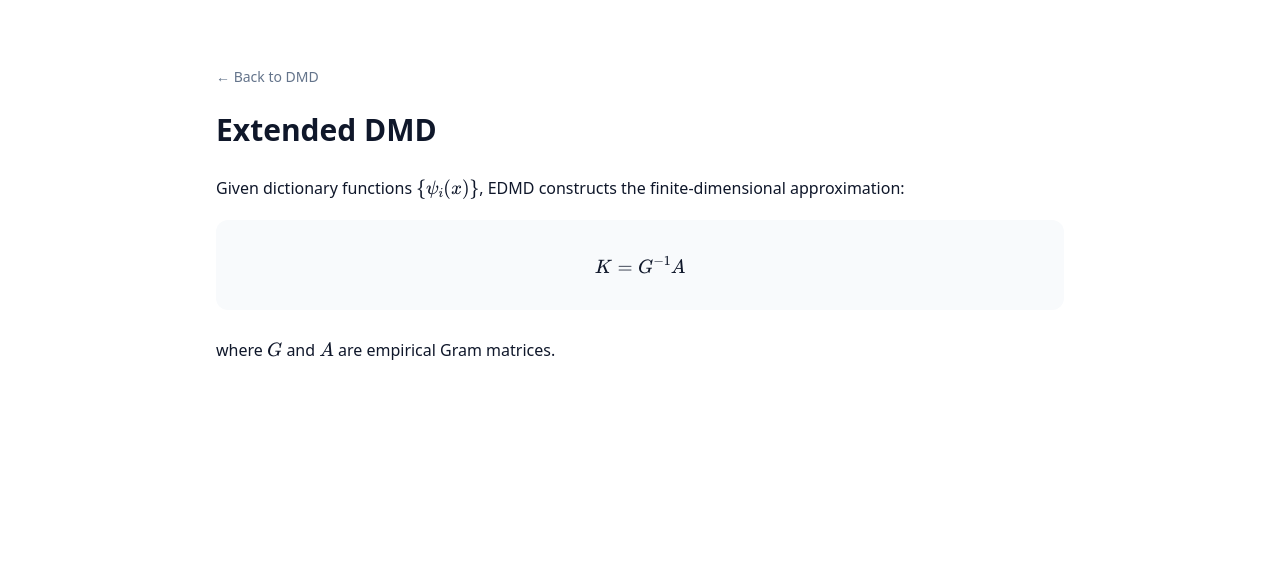
Repository: JWS625/JWS625.github.io
Page: notes/modal_analysis/01_background.html
These files come from the project's save history. The page is drawn as it stood at one moment and after the next save; the edit follows.
The browser window is 1280 px wide. The pictures show the whole page.
Some web libraries are served in a nearby version.

Above is the page before, as saved 2026-02-20 17:51:38.

### notes/modal_analysis/01_background.html
<!doctype html>
<html>
<head>
<meta charset="utf-8">
<title>Backgrounds of Modal Analysis | Research Notes</title>
<script src="https://cdn.tailwindcss.com"></script>

<script>
window.MathJax = {
  tex: { inlineMath: [['$', '$'], ['\\(', '\\)']] }
};
</script>
<script src="https://cdn.jsdelivr.net/npm/mathjax@3/es5/tex-mml-chtml.js"></script>
</head>

<body class="bg-white text-slate-900">
<div class="max-w-4xl mx-auto px-6 py-16">

<a href="index.html" class="text-sm text-slate-500 hover:text-black">
← Back to DMD
</a>

<h1 class="text-3xl font-semibold mt-6">
Extended DMD
</h1>

<p class="mt-6 leading-8">
Given dictionary functions $\{\psi_i(x)\}$, EDMD constructs
the finite-dimensional approximation:
</p>

<div class="bg-slate-50 p-4 rounded-xl mt-4">
$$
K = G^{-1} A
$$
</div>

<p class="mt-6 leading-8">
where $G$ and $A$ are empirical Gram matrices.
</p>

</div>
</body>
</html>

After the next save:
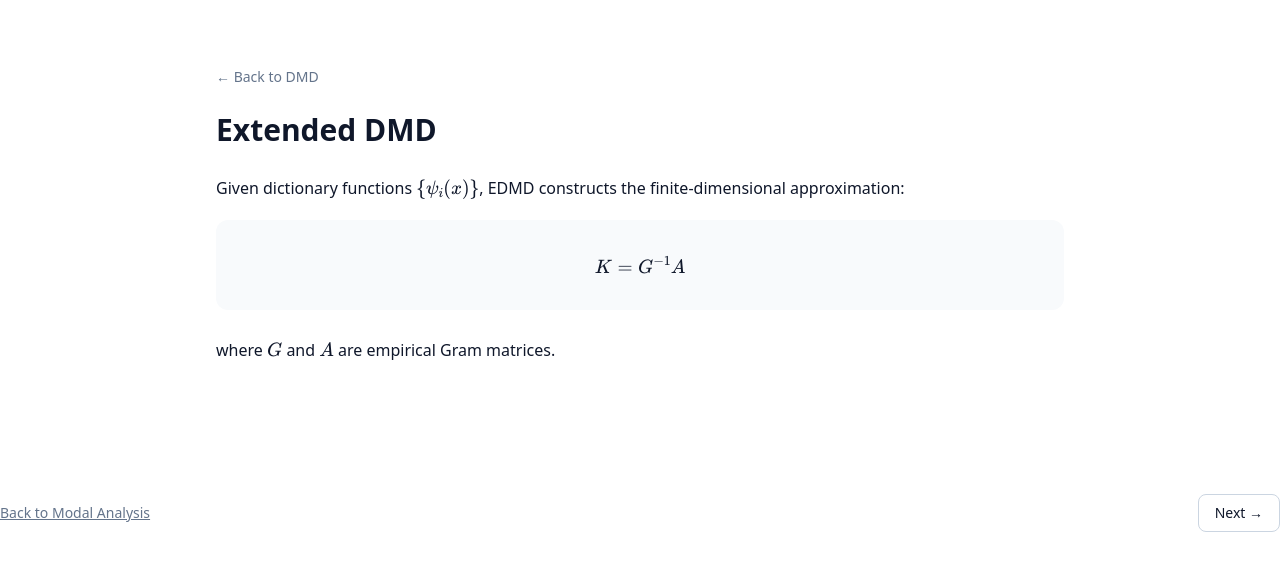
Saved 22 s later.
--- a/notes/modal_analysis/01_background.html
+++ b/notes/modal_analysis/01_background.html
@@ -40,5 +40,17 @@ where $G$ and $A$ are empirical Gram matrices.
 </p>
 
 </div>
+<div class="mt-16 flex justify-between items-center text-sm">
+
+  <a href="index.html"
+     class="text-slate-500 hover:text-black underline">
+     Back to Modal Analysis
+  </a>
+
+  <a href="03_exact_dmd.html"
+     class="px-4 py-2 rounded-lg border border-slate-300 hover:bg-slate-50">
+     Next →
+  </a>
+</div>
 </body>
 </html>
